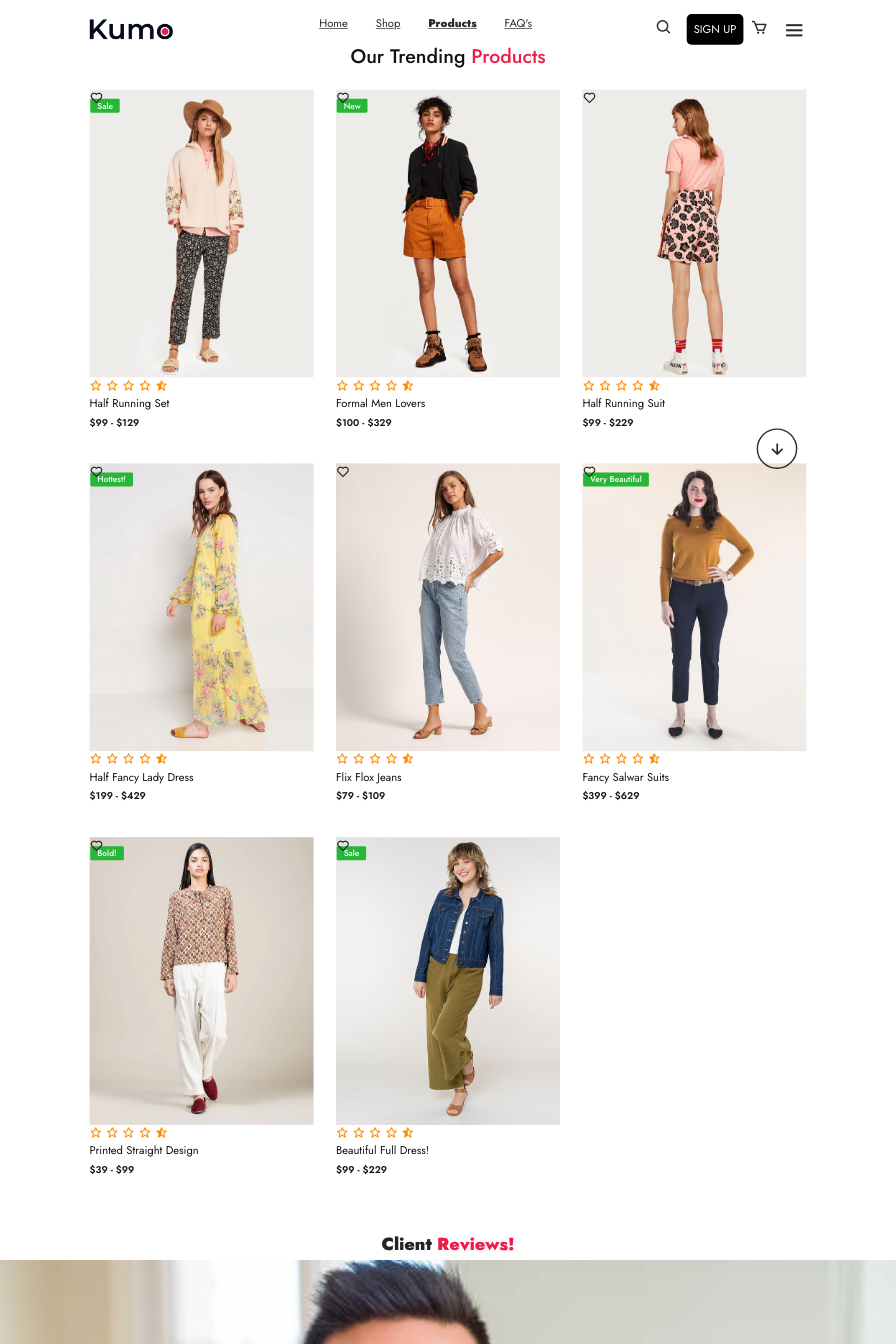
Repository: isaacCodes1/Kumo-Website.
Page: products.html
The author's editor kept a copy of each file at every save. The page is drawn from the files as they stood at one save, then again after the next save.
The browser window is 1280 px wide. The pictures show the part of the page from y = 0 to 1920 px (the page is 4021 px tall), at 70% of full size.

Above is the page before, as saved 2024-03-26 11:17:35.

### products.html
<!DOCTYPE html>
<html lang="en">
  <head>
    <meta charset="UTF-8" />
    <meta name="viewport" content="width=device-width, initial-scale=1.0" />
    <link rel="stylesheet" href="style.css" />
    <link rel="preconnect" href="https://fonts.googleapis.com" />
    <link rel="preconnect" href="https://fonts.gstatic.com" crossorigin />
    <link
      href="https://fonts.googleapis.com/css2?family=Bricolage+Grotesque:opsz,wght@12..96,200..800&family=Jost:ital,wght@0,100..900;1,100..900&family=Montserrat:ital,wght@0,100..900;1,100..900&family=Poppins:ital,wght@0,100;0,200;0,300;0,400;0,500;0,600;0,700;0,800;0,900;1,100;1,200;1,300;1,400;1,500;1,600;1,700;1,800;1,900&display=swap"
      rel="stylesheet"
    />
    <link
      rel="stylesheet"
      href="https://cdnjs.cloudflare.com/ajax/libs/font-awesome/6.5.1/css/all.min.css"
      integrity="sha512-DTOQO9RWCH3ppGqcWaEA1BIZOC6xxalwEsw9c2QQeAIftl+Vegovlnee1c9QX4TctnWMn13TZye+giMm8e2LwA=="
      crossorigin="anonymous"
      referrerpolicy="no-referrer"
    />
    <link
      rel="stylesheet"
      href="https://unpkg.com/boxicons@latest/css/boxicons.min.css"
    />
    <link rel="stylesheet" href="Mediaquery.css" />
    <link
      href="https://cdn.jsdelivr.net/npm/bootstrap@5.2.3/dist/css/bootstrap.min.css"
      rel="stylesheet"
      integrity="sha384-rbsA2VBKQhggwzxH7pPCaAqO46MgnOM80zW1RWuH61DGLwZJEdK2Kadq2F9CUG65"
      crossorigin="anonymous"
    />
    <script
      src="https://cdn.jsdelivr.net/npm/bootstrap@5.2.3/dist/js/bootstrap.bundle.min.js"
      integrity="sha384-kenU1KFdBIe4zVF0s0G1M5b4hcpxyD9F7jL+jjXkk+Q2h455rYXK/7HAuoJl+0I4"
      crossorigin="anonymous"
    ></script>
    <title>Products Page</title>
  </head>
  <body>
    <header>
      <a href="index.html" class="logo"><img src="Assets/logo.png" alt="" /></a>
      <ul class="navmenu">
        <li><a href="index.html">Home</a></li>
        <li><a href="shop.html">Shop</a></li>
        <li><a style="font-weight: 900" href="products.html">Products</a></li>
        <li><a href="Questions.html">FAQ's</a></li>
      </ul>
      <div class="nav-icon">
        <a href="#"><i class="bx bx-search"></i></a>
        <button class="yes">SIGN UP</button>
        <a href="shop.html"><i class="bx bx-cart"></i></a>
        <div class="bx bx-menu" id="menu-icon"></div>
      </div>
    </header>

    <!-- <trending-products-section-->
    <section class="trending-product" id="trending">
      <div class="center-text">
        <h2>Our Trending <span>Products</span></h2>
      </div>
      <div class="products">
        <div class="row">
          <img src="/Assets/1.jpg" alt="" />
          <div class="product-text">
            <h5>Sale</h5>
          </div>
          <div class="heart-icon">
            <i class="bx bx-heart"></i>
          </div>
          <div class="ratting">
            <i class="bx bx-star"></i>
            <i class="bx bx-star"></i>
            <i class="bx bx-star"></i>
            <i class="bx bx-star"></i>
            <i class="bx bxs-star-half"></i>
          </div>
          <div class="price">
            <h4>Half Running Set</h4>
            <p>$99 - $129</p>
          </div>
        </div>

        <div class="row">
          <img src="/Assets/2.jpg" alt="" />
          <div class="product-text">
            <h5>New</h5>
          </div>
          <div class="heart-icon">
            <i class="bx bx-heart"></i>
          </div>
          <div class="ratting">
            <i class="bx bx-star"></i>
            <i class="bx bx-star"></i>
            <i class="bx bx-star"></i>
            <i class="bx bx-star"></i>
            <i class="bx bxs-star-half"></i>
          </div>
          <div class="price">
            <h4>Formal Men Lovers</h4>
            <p>$100 - $329</p>
          </div>
        </div>
        <div class="row">
          <img src="/Assets/3.jpg" alt="" />
          <div class="heart-icon">
            <i class="bx bx-heart"></i>
          </div>
          <div class="ratting">
            <i class="bx bx-star"></i>
            <i class="bx bx-star"></i>
            <i class="bx bx-star"></i>
            <i class="bx bx-star"></i>
            <i class="bx bxs-star-half"></i>
          </div>
          <div class="price">
            <h4>Half Running Suit</h4>
            <p>$99 - $229</p>
          </div>
        </div>
        <div class="row">
          <img src="/Assets/4.jpg" alt="" />
          <div class="product-text">
            <h5>Hottest!</h5>
          </div>
          <div class="heart-icon">
            <i class="bx bx-heart"></i>
          </div>
          <div class="ratting">
            <i class="bx bx-star"></i>
            <i class="bx bx-star"></i>
            <i class="bx bx-star"></i>
            <i class="bx bx-star"></i>
            <i class="bx bxs-star-half"></i>
          </div>
          <div class="price">
            <h4>Half Fancy Lady Dress</h4>
            <p>$199 - $429</p>
          </div>
        </div>
        <div class="row">
          <img src="/Assets/5.jpg" alt="" />
          <div class="heart-icon">
            <i class="bx bx-heart"></i>
          </div>
          <div class="ratting">
            <i class="bx bx-star"></i>
            <i class="bx bx-star"></i>
            <i class="bx bx-star"></i>
            <i class="bx bx-star"></i>
            <i class="bx bxs-star-half"></i>
          </div>
          <div class="price">
            <h4>Flix Flox Jeans</h4>
            <p>$79 - $109</p>
          </div>
        </div>
        <div class="row">
          <img src="/Assets/6.jpg" alt="" />
          <div class="product-text">
            <h5>Very Beautiful</h5>
          </div>
          <div class="heart-icon">
            <i class="bx bx-heart"></i>
          </div>
          <div class="ratting">
            <i class="bx bx-star"></i>
            <i class="bx bx-star"></i>
            <i class="bx bx-star"></i>
            <i class="bx bx-star"></i>
            <i class="bx bxs-star-half"></i>
          </div>
          <div class="price">
            <h4>Fancy Salwar Suits</h4>
            <p>$399 - $629</p>
          </div>
        </div>
        <div class="row">
          <img src="/Assets/7.jpg" alt="" />
          <div class="product-text">
            <h5>Bold!</h5>
          </div>
          <div class="heart-icon">
            <i class="bx bx-heart"></i>
          </div>
          <div class="ratting">
            <i class="bx bx-star"></i>
            <i class="bx bx-star"></i>
            <i class="bx bx-star"></i>
            <i class="bx bx-star"></i>
            <i class="bx bxs-star-half"></i>
          </div>
          <div class="price">
            <h4>Printed straight Design</h4>
            <p>$39 - $99</p>
          </div>
        </div>
        <div class="row">
          <img src="/Assets/8.jpg" alt="" />
          <div class="product-text">
            <h5>Sale</h5>
          </div>
          <div class="heart-icon">
            <i class="bx bx-heart"></i>
          </div>
          <div class="ratting">
            <i class="bx bx-star"></i>
            <i class="bx bx-star"></i>
            <i class="bx bx-star"></i>
            <i class="bx bx-star"></i>
            <i class="bx bxs-star-half"></i>
          </div>
          <div class="price">
            <h4>Beautiful Full Dress!</h4>
            <p>$99 - $229</p>
          </div>
        </div>
      </div>
    </section>
    <!-- <Client-Review-section-->
    <h3 class="reviews">Client <span>Reviews!</span></h3>
    <div
      id="carouselExampleCaptions"
      class="carousel slide"
      data-bs-ride="false"
    >
      <div class="carousel-indicators">
        <button
          type="button"
          data-bs-target="#carouselExampleCaptions"
          data-bs-slide-to="0"
          class="active"
          aria-current="true"
          aria-label="Slide 1"
        ></button>
        <button
          type="button"
          data-bs-target="#carouselExampleCaptions"
          data-bs-slide-to="1"
          aria-label="Slide 2"
        ></button>
        <button
          type="button"
          data-bs-target="#carouselExampleCaptions"
          data-bs-slide-to="2"
          aria-label="Slide 3"
        ></button>
      </div>
      <div class="carousel-inner" style="">
        <div class="carousel-item active">
          <img src="/Assets/Men.jpg" class="d-block w-100" alt="..." />
          <div class="carousel-caption d-none d-md-block">
            <h5>Mark Jevenue. CEO of Zamar Fashion World.</h5>
            <p>
              I absolutely adore the trendy styles this store offers. The
              clothes fit so well and they look amazing on a curvy figure. I
              really appreciate this option and the quality of the goods is so
              great that I will order product in the future. Thank you so much
              for making me feel beautiful!.
            </p>
          </div>
        </div>
        <div class="carousel-item">
          <img src="/Assets/glass.jpg" class="d-block w-100" alt="..." />
          <div class="carousel-caption d-none d-md-block">
            <h5>Henry Townsend. MD IamFashion</h5>
            <p>Wonderful Fashion Products, I'd always Recommend you.</p>
          </div>
        </div>
        <div class="carousel-item">
          <img src="/Assets/glass2.jpg" class="d-block w-100" alt="..." />
          <div class="carousel-caption d-none d-md-block">
            <h5>Drew Mc Donald. CEO Mc Donald Bakery, USA.</h5>
            <p>
              I am your No. 1 Customer, I love and Adore your Clothes, Kudos to
              the brains behind it.
            </p>
          </div>
        </div>
      </div>
      <button
        class="carousel-control-prev"
        type="button"
        data-bs-target="#carouselExampleCaptions"
        data-bs-slide="prev"
      >
        <span class="carousel-control-prev-icon" aria-hidden="true"></span>
        <span class="visually-hidden">Previous</span>
      </button>
      <button
        class="carousel-control-next"
        type="button"
        data-bs-target="#carouselExampleCaptions"
        data-bs-slide="next"
      >
        <span class="carousel-control-next-icon" aria-hidden="true"></span>
        <span class="visually-hidden">Next</span>
      </button>
    </div>

    <div class="down-arrow">
      <a href="#contact-info" class="down"
        ><i class="bx bx-down-arrow-alt"></i
      ></a>
    </div>
    <!-- update-news-section -->
    <section class="Updated-news">
      <div class="up-center-text">
        <h2>New <span> Updates!</span></h2>
      </div>

      <div class="update-cart">
        <div class="cart">
          <img src="/Assets/bl-1.png" alt="" />
          <h5>22 March, 2024.</h5>
          <h4>Let the bringing of Summer sales Begin!</h4>
          <p>
            Every business will have stock that doesn't sell. This is why
            summer.
          </p>
        </div>
        <div class="cart">
          <img src="/Assets/bl-2.png" alt="" />
          <h5>22 March, 2024.</h5>
          <h4>You can also Order At the Comfort of your Home.</h4>
          <p>
            You'll also spend less time wondering what to wear. Having a core.
          </p>
        </div>
        <div class="cart">
          <img src="/Assets/bl-3.png" alt="" />
          <h5>22 March, 2024.</h5>
          <h4>Summer Clothes Can be ordered</h4>
          <p>
            In the summer, there are days where it is particularly humid
            outside.
          </p>
        </div>
      </div>
    </section>
    <!-- contact-section -->

    <section class="contact">
      <div class="contact-info" id="contact-info">
        <div class="first-info">
          <img src="/Assets/logo.png" alt="" />
          <p>3349 Grant street Manchester, <br />TX United kingdom 765378</p>
          <p>+234 915 7833 410</p>
          <a href="https://mail.google.com/mail/u/0/#inbox"
            ><p>damizickola@gmail.com</p></a
          >

          <div class="social-icon">
            <a href="https://www.facebook.com/profile.php?id=61551880766580"
              ><i class="bx bxl-facebook"></i
            ></a>
            <a href="https://instagram.com"><i class="bx bxl-instagram"></i></a>
            <a href="https://www.youtube.com/watch?v=FaNTVjATYHQ"
              ><i class="bx bxl-youtube"></i
            ></a>
            <a href="#"><i class="bx bxl-twitter"></i></a>
            <a href="#"><i class="bx bxl-linkedin"></i></a>
          </div>
        </div>
        <div class="second-info">
          <h4>Support</h4>
          <p>Contact Us</p>
          <p>About Page</p>
          <p>Size</p>
          <p>Size Guide</p>
          <p>Shopping & Returns</p>
          <p>Privacy</p>
        </div>

        <div class="third-info">
          <h4>Shop</h4>
          <p>Men's Shopping</p>
          <p>Women's Shopping</p>
          <p>Kid's Shopping</p>
          <p>Furniture</p>
          <p>Discount</p>
        </div>
        <div class="fourth-info">
          <h4>Company</h4>
          <p>About</p>
          <p>Blog</p>
          <p>Affiliate</p>
          <p>Login</p>
        </div>

        <div class="five">
          <h4>Subscribe</h4>
          <p>
            Receive Updates, Hot Deals, Discounts Sent Straight In your Inbox
            Daily
          </p>
          <p>
            Lorem ipsum dolor sit amet consectetur adipisicing elit. Ullam,
            dolorum!
          </p>
          <p>Get The Best Deals Of Fashion ears Here At Kumo.</p>
        </div>
      </div>
      <div class="up-arrow">
        <a href="#trending" class="up"><i class="bx bx-up-arrow-alt"></i></a>
      </div>
    </section>
  </body>
  <script src="java.js"></script>
  <script
    src="https://cdn.jsdelivr.net/npm/@popperjs/core@2.11.6/dist/umd/popper.min.js"
    integrity="sha384-oBqDVmMz9ATKxIep9tiCxS/Z9fNfEXiDAYTujMAeBAsjFuCZSmKbSSUnQlmh/jp3"
    crossorigin="anonymous"
  ></script>
  <script
    src="https://cdn.jsdelivr.net/npm/bootstrap@5.2.3/dist/js/bootstrap.min.js"
    integrity="sha384-cuYeSxntonz0PPNlHhBs68uyIAVpIIOZZ5JqeqvYYIcEL727kskC66kF92t6Xl2V"
    crossorigin="anonymous"
  ></script>
</html>

### style.css
* {
  margin: 0;
  padding: 0;
  box-sizing: border-box;
  scroll-behavior: smooth;
  font-family: "Jost", sans-serif;
  list-style-type: none;
  text-decoration: none;
}
header {
  position: fixed;
  width: 100%;
  top: 0;
  right: 0;
  z-index: 1000;
  display: flex;
  align-items: center;
  justify-content: space-between;
  padding: 20px 10%;
}
.logo img {
  max-width: 120px;
  height: auto;
}
.navmenu {
  display: flex;
}
.navmenu li :hover {
  background: #000;
}
.navmenu a {
  color: #2c2c2c;
  font-size: 16px;
  text-transform: capitalize;
  padding: 10px 20px;
  font-weight: 400;
  transition: all 0.42s ease;
}
.navmenu a:hover {
  color: #ee1c47;
}
.nav-icon {
  display: flex;
  align-items: center;
}
.nav-icon i {
  margin-right: 20px;
  color: #2c2c2c;
  font-size: 25px;
  font-weight: 400;
  transition: all 0.42s ease;
}
.nav-icon i:hover {
  transform: scale(1.05);
  color: #ee1c47;
}
#menu-icon {
  font-size: 35px;
  color: #2c2c2c;
  z-index: 10001;
  cursor: pointer;
}
section {
  padding: 5% 10%;
}
.main-home {
  width: 100%;
  height: 100vh;
  background-image: url(Assets/banner-3.png);
  background-position: center;
  background-size: cover;
  display: grid;
  grid-template-columns: repeat(1, 1fr);
  align-items: center;
}
.main-text h5 {
  color: #ee1c47;
  font-size: 16px;

  text-transform: capitalize;
  font-weight: 500;
}
.main-text h1 {
  color: #000;
  font-size: 65px;
  text-transform: capitalize;
  line-height: 1.1;
  font-weight: 600;
  margin: 6px 0 10px;
}
.main-text p {
  color: #333c56;
  font-size: 20px;
  font-style: italic;
  margin-bottom: 20px;
}
.main-btn {
  display: inline-block;
  color: #111;
  font-size: 16px;
  font-weight: 500;
  text-transform: capitalize;
  border: 2px solid#111;
  padding: 12px 25px;
  transition: all 0.42s ease;
}
.main-btn:hover {
  background: #000;
  color: #fff;
}
.main-btn i {
  vertical-align: middle;
}
.down-arrow {
  position: absolute;
  top: 85%;
  right: 11%;
}
.down i {
  font-size: 30px;
  color: #2c2c2c;
  border: 2px solid #2c2c2c;
  border-radius: 50px;
  padding: 12px 12px;
}
.down i:hover {
  background: #2c2c2c;
  color: #fff;
  transition: all 0.42s ease;
}
header.sticky {
  background: #fff;
  padding: 20px 10%;
  box-shadow: 0px 0px 10px rgb(0 0 0 /10%);
}
/* trending-section-css */
.center-text h2 {
  color: #111;
  font-size: 28px;
  text-transform: capitalize;
  text-align: center;
  margin-bottom: 30px;
}
.center-text span {
  color: #ee1c47;
}
.products {
  display: grid;
  grid-template-columns: repeat(auto-fit, minmax(260px, auto));
  gap: 2rem;
}
.row {
  position: relative;
  transition: all 0.4s;
}
.row img {
  width: 100%;
  height: auto;
  transition: all 0.4s;
}
.row img:hover {
  transform: scale(0.9);
}
.product-text h5 {
  position: absolute;
  top: 13px;
  left: 13px;
  color: #fff;
  font-size: 12px;
  font-weight: 500;
  text-transform: capitalize;
  background: #27b737;
  padding: 3px 10px;
  border-radius: 2px;
}
.heart-icon {
  position: absolute;
  right: 0;
  font-size: 20px;
}
.heart-icon:hover {
  color: #ee1c47;
}
.ratting {
  color: #ff8c00;
  font-size: 18px;
}

.price h4 {
  color: #111;
  font-size: 16px;
  text-transform: capitalize;
  font-weight: 400;
}
.price p {
  color: #151515;
  font-size: 14px;
  font-weight: 600;
}
.client-reviews {
  background: #f3f4f6;
}
.reviews {
  text-align: center;
}
.reviews h3 {
  color: #111;
  font-size: 25px;
  text-transform: capitalize;
  text-align: center;
  font-weight: 700;
}
.reviews img {
  width: 100px;
  height: auto;
  border-radius: 80px;
  margin: 10px 0;
}
.reviews p {
  color: #707070;
  font-size: 16px;
  font-weight: 400;
  line-height: 25px;
  margin-bottom: 10px;
}
.reviews h2 {
  font-size: 22px;
  color: #000;
  font-weight: 400;
  text-transform: capitalize;
  margin-bottom: 2px;
}
/* update-section-css */
.up-center-text h2 {
  text-align: center;
  color: #111;
  font-size: 25px;
  text-transform: capitalize;
  font-weight: 700;
  margin-bottom: 30px;
}
.cart img {
  width: 350px;
  height: auto;
  border-radius: 5px;
}
.update-cart {
  display: grid;
  grid-template-columns: repeat(auto-fit, minmax(380px, auto));
  gap: 1px;
}
.cart h5 {
  color: #636872;
  font-size: 14px;
  text-transform: capitalize;
  font-weight: 500;
}
.cart h4 {
  color: #111;
  font-size: 18px;
  font-weight: 600;
}
.cart p {
  color: #707070;
  font-size: 15px;
  max-width: 380px;
  line-height: 25px;
  margin-bottom: 12px;
}
.cart h6 {
  color: #151515;
  font-size: 14px;
  font-weight: 500;
}
/* contact-section */
.contact {
  background: #dbdbdb;
}
.contact-info {
  display: grid;
  grid-template-columns: repeat(auto-fit, minmax(160px, auto));
  gap: 3rem;
}
.first-info img {
  width: 140px;
  height: auto;
}
.contact-info h4 {
  color: #212529;
  font-size: 14px;
  text-transform: uppercase;
  margin-bottom: 10px;
}
.contact-info p {
  color: #565656;
  font-size: 14px;
  font-weight: 400;
  text-transform: capitalize;
  line-height: 1.5;
  margin-bottom: 10px;
  cursor: pointer;
  transition: all 0.42s;
}
.contact-info p:hover {
  color: #ee1c47;
}
.social-icon i {
  color: #565656;
  margin-right: 10px;
  font-size: 20px;
  transition: all 0.42s;
}
.social-icon i:hover {
  transform: scale(1.3);
}
.end-text {
  text-align: center;
  background: #edfff1;
  padding: 20px;
}
.end-text p {
  color: #111;
  text-transform: capitalize;
}

.location {
  width: 80%;
  margin: auto;
  padding: 80px 0;
}
.location iframe {
  width: 100%;
}
.center-text1 h2 {
  font-size: 30px;
}
.center-text1 span {
  color: #ee1c47;
}
.button3 {
  padding: 9px;
  border: 1px solid blue;
  font-size: 18px;
  border-radius: 5px;
  text-decoration: none;
  background: blue;
  color: #fff;
  transition: all 0.42s ease;
}
.button3:hover {
  color: #000;
  background: #fff;
}
.final {
  margin-left: 67px;
  font-weight: 700;
}
.final span {
  color: #ee1c47;
}
.up-arrow {
  border: 2px solid#000;
  width: 60px;
  border-radius: 50px;
  text-align: center;
  font-size: 30px;
}
.up-arrow i {
  color: #000;
}
.up-arrow :hover {
  background: #000;
  color: #fff;
}

.alert {
  background: blue;
  color: #fff;
  margin-top: 200px;
  font-size: 20px;
  margin-bottom: 150px;
}
.first-info a {
  text-decoration: none;
}
.up-center-text span {
  color: #ee1c47;
}
html,
body {
  position: relative;
  height: 100%;
}
body {
  background: #eee;
  font-family: Helvetica Neue, Helvetica, Arial, sans-serif;
  font-size: 14px;
  color: #000;
  margin: 0;
  padding: 0;
}

swiper-container {
  width: 100%;
  height: 100%;
}

swiper-slide {
  text-align: center;
  font-size: 18px;
  background: #000;
  display: flex;
  justify-content: center;
  align-items: center;
}

swiper-slide img {
  display: block;
  width: 100%;
  height: 100%;
  object-fit: cover;
}
.reviews {
  font-size: 25px;
  font-weight: 900;
}
.reviews span {
  color: #ee1c47;
}
.accordion {
  margin-top: 40px;
  margin-bottom: 10px;
}
.male {
  padding-top: 200px;
}
.male span {
  color: #ee1c47;
}
.yes {
  margin-right: 10px;
  padding: 10px;
  background: #000;
  color: #fff;
  border: 1px;
  transition: 1s ease-in-out;
  border-radius: 7px;
}
.yes:hover {
  color: #000;
  background: #dbdbdb;
}

### Mediaquery.css
@media (890px) {
  header {
    padding: 20px 3%;
    transition: 0.4s;
  }
  .center-text h2 {
    font-size: 12px;
  }
}
@media (max-width: 630px) {
  .main-text h1 {
    font-size: 50px;
    transition: 0.4s;
  }
  .main-text p {
    font-size: 18px;
    transition: 0.4s;
  }
  .main-btn {
    padding: 10px 20px;
    transition: 0.4s;
  }
  .center-text h2 {
    font-size: 12px;
  }
}
@media (max-width: 750px) {
  .navmenu {
    position: absolute;
    top: 100%;
    right: -100%;
    width: 300px;
    height: 130vh;
    background: #edfff1;
    display: flex;
    flex-direction: column;
    align-items: center;
    padding: 120px 30px;
    transition: all 0.42s;
  }
  .navmenu a {
    display: block;
    margin: 18px 0;
  }
  .navmenu.open {
    right: 0;
  }
  .center-text h2 {
    font-size: 12px;
  }
}
@media (max-width: 700px) {
  .center-text h2 {
    font-size: 0;
  }
  .header {
    margin-bottom: 20px;
    color: #000;
  }
  .cart {
    align-items: center;
    display: flex;
    flex-direction: column;
  }
  .cart img {
    width: 270px;
    margin-right: 80px;
  }
  .cart p {
    font-size: 10px;
    margin-right: 80px;
  }
  .cart h4 {
    font-size: 12px;
    margin-right: 80px;
  }
  .cart h6 {
    font-size: 10px;
    margin-right: 80px;
  }
  .contact-info {
    display: flex;
    flex-direction: column;
    align-items: center;
  }
  .center-text1 h2 {
    font-size: 25px;
  }
  .navmenu {
    padding-bottom: 30px;
  }
}

### java.js
const header = document.querySelector("header");

window.addEventListener("scroll", function () {
  header.classList.toggle("sticky", window.scrollY > 0);
});

let menu = document.querySelector("#menu-icon");
let navmenu = document.querySelector(".navmenu");

menu.onclick = () => {
  menu.classList.toggle("bx-x");
  navmenu.classList.toggle("open");
};

After the next save:
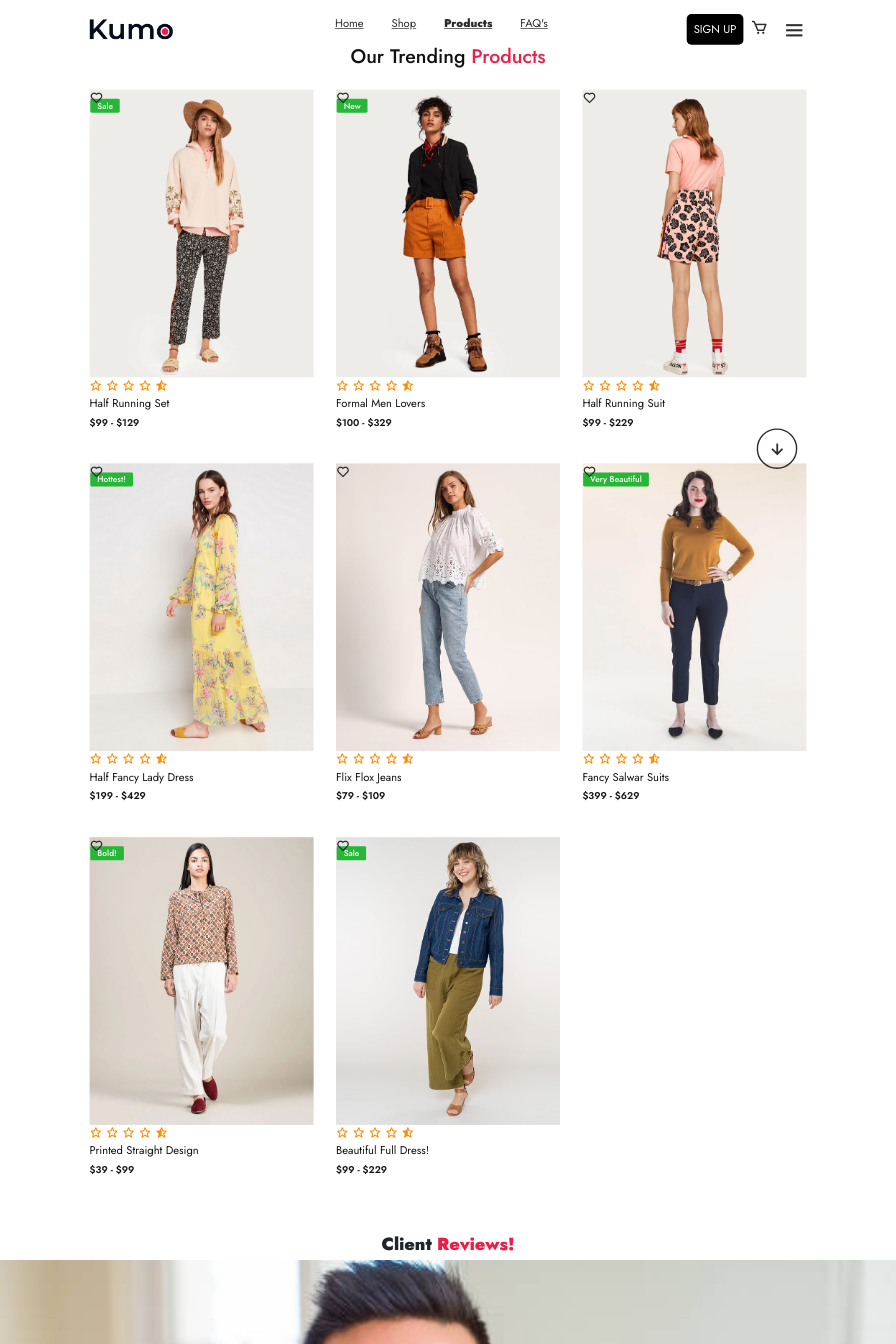
Saved 9 s later.
--- a/products.html
+++ b/products.html
@@ -45,7 +45,6 @@
         <li><a href="Questions.html">FAQ's</a></li>
       </ul>
       <div class="nav-icon">
-        <a href="#"><i class="bx bx-search"></i></a>
         <button class="yes">SIGN UP</button>
         <a href="shop.html"><i class="bx bx-cart"></i></a>
         <div class="bx bx-menu" id="menu-icon"></div>
